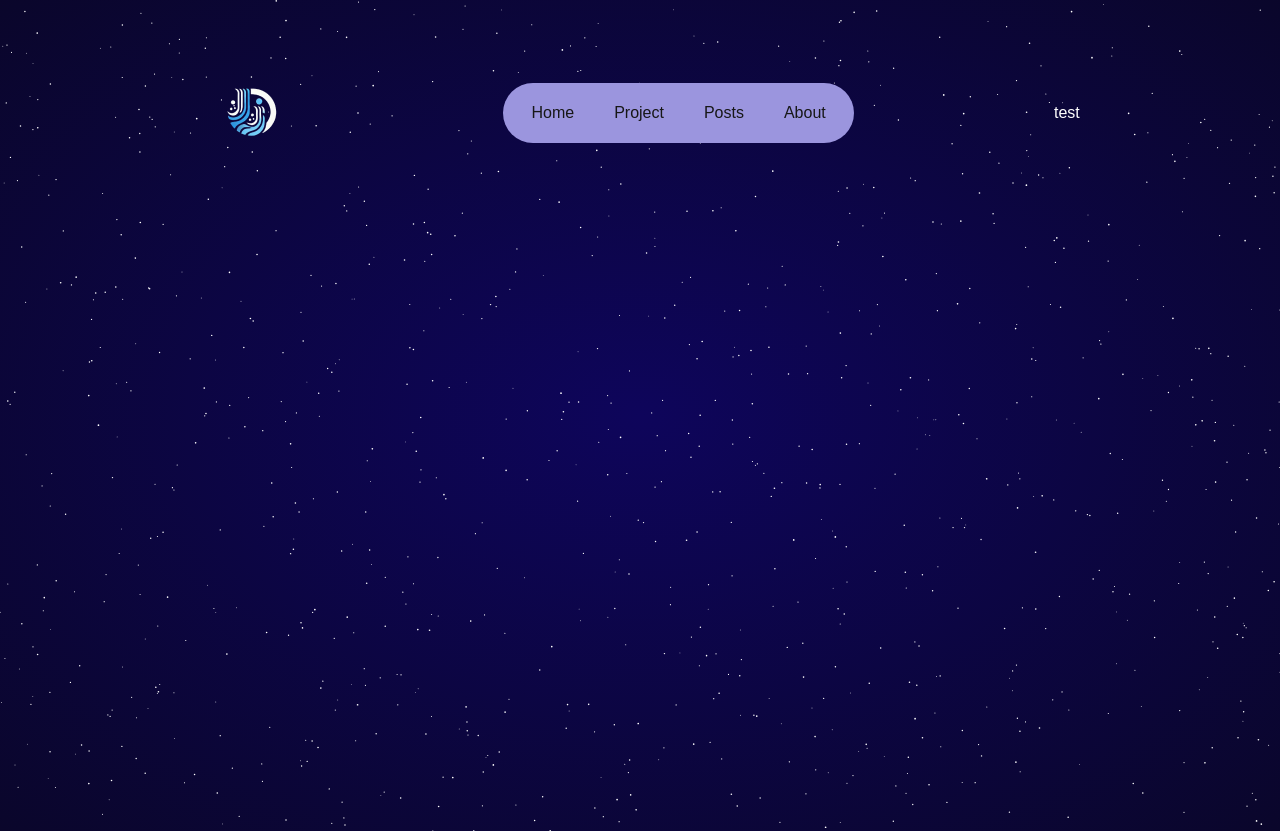
Repository: david-william19/david-william
Page: /
The author's editor kept a copy of each file at every save. The page is drawn from the files as they stood at one save, then again after the next save.
The browser window is 1280 px wide. The pictures show the whole page.
The project was rebuilt for these pictures with package versions that can differ from the ones it lists, and the page was loaded fresh each time. The framework's server and built-in components were replaced by stand-ins that run in the browser. Also part of the build but not shown: next.config.js, next.config.ts, vite.config.ts.

Above is the page before, as saved 2024-10-26 22:51:11.

### src/app/layout.tsx
import type { Metadata } from "next";
import localFont from "next/font/local";
import "./globals.css";
import Image from "next/image";
import NavbarComponent from "@/components/navbar";

const geistSans = localFont({
  src: "./fonts/GeistVF.woff",
  variable: "--font-geist-sans",
  weight: "100 900",
});
const geistMono = localFont({
  src: "./fonts/GeistMonoVF.woff",
  variable: "--font-geist-mono",
  weight: "100 900",
});

export const metadata: Metadata = {
  title: "Create Next App",
  description: "Generated by create next app",
};

export default function RootLayout({
  children,
}: Readonly<{
  children: React.ReactNode;
}>) {
  return (
    <html lang="en">
      <body
        className={`${geistSans.variable} ${geistMono.variable} antialiased`}
      >
        <div className="w-full min-h-screen bg-radial-space">
          <NavbarComponent />
            <Image
                className="w-full"
                src={"/images/stars.svg"}
                alt="stars"
                width={1920}
                height={1080}
            />
            {children}
        </div>
      </body>
    </html>
  );
}

### src/app/(home)/layout.tsx
import type { Metadata } from "next";
import "./globals.css";
import NavbarComponent from "@/components/navbar";
import { Open_Sans } from "next/font/google";
import localFont from "next/font/local";
import ReactQueryProvider from "@/providers/ReactQueryProvider";
import SmoothScrollProvider from "@/providers/SmoothScrollProvider";
import React from "react";

export const metadata: Metadata = {
  title: "David's Portfolio",
  description: "front end developer who loves to code",
};

const openSans = Open_Sans({
  subsets: ['latin'],
  variable: "--font-sans"
})

const thunderFont = localFont({
  src: [
    {
      path: "./fonts/Thunder-ExtraBoldLC.woff",
      weight: "800",
      style: "normal",
    },
    {
      path: "./fonts/Thunder-LC.woff",
      weight: "400",
      style: "normal",
    },
    {
      path: "./fonts/Thunder-LightLC.woff",
      weight: "300",
      style: "normal",
    },
    {
      path: "./fonts/Thunder-MediumLC.woff",
      weight: "500",
      style: "normal",
    },
    {
      path: "./fonts/Thunder-SemiBoldLC.woff",
      weight: "600",
      style: "normal",
    }
  ],
  variable: "--font-thunder"
})

export default function RootLayout({
  children,
}: Readonly<{
  children: React.ReactNode;
}>) {
  return (
    <html lang="en">
      <head>
        <link rel="icon" href="/favicon.ico" sizes="any" />
      </head>
      <body
        className={`${openSans.variable} ${thunderFont.variable} antialiased`}
      >
        <div className="w-full bg-[#07131c] h-screen">
          <ReactQueryProvider>
            <SmoothScrollProvider>
            <React.Fragment>
            <NavbarComponent />
            {children}
            </React.Fragment>
            </SmoothScrollProvider>
          </ReactQueryProvider>
        </div>
      </body>
    </html>
  );
}

### src/app/(home)/(page)/page.tsx

export default function Page() {
    return (
        <div>
            Hello world
        </div>
    );
}

### src/components/navbar/index.tsx
import Image from "next/image";

export default function NavbarComponent() {
    return (
        <nav className="w-full lg:pt-[61px] flex justify-evenly items-center fixed">
            <Image
                alt="logo-david"
                src={"/images/logo-david.png"}
                width={103}
                height={103}
            />

            <ul className="rounded-full p-[8px] bg-[#9B95DE] flex h-fit list-none">
                <li className="px-5 py-2.5">
                    Home
                </li>
                <li className="px-5 py-2.5">
                    Project
                </li>
                <li className="px-5 py-2.5">
                    Posts
                </li>
                <li className="px-5 py-2.5">
                    About
                </li>
            </ul>

            <p className="text-white">
                test
            </p>
        </nav>
    )
}

### src/providers/ReactQueryProvider.tsx
"use client";

import { QueryClientProvider, QueryClient } from "react-query";
import { useState } from "react";

const ReactQueryProvider = ({ children }: { children: React.ReactNode }) => {
  const [queryClient] = useState(() => new QueryClient());

  return (
    <QueryClientProvider client={queryClient}>{children}</QueryClientProvider>
  );
};

export default ReactQueryProvider;

### src/providers/SmoothScrollProvider.tsx
import {ReactLenis} from "lenis/react"
import React from "react"

export default function SmoothScrollProvider({children} : {children: React.ReactElement})  {

    return (
        <ReactLenis root>
            {children}
        </ReactLenis>
    )
}

### tailwind.config.ts
import type { Config } from "tailwindcss";

const config: Config = {
  content: [
    "./src/pages/**/*.{js,ts,jsx,tsx,mdx}",
    "./src/components/**/*.{js,ts,jsx,tsx,mdx}",
    "./src/app/**/*.{js,ts,jsx,tsx,mdx}",
  ],
  theme: {
    extend: {
      colors: {
        background: "var(--background)",
        foreground: "var(--foreground)",
      },
      backgroundImage: {
        "radial-space": "radial-gradient(#0E055B 0%, #0A062B 100%)",
      },
    },
  },
  plugins: [],
};
export default config;

Loaded but not shown: src/app/globals.css (common file)

After the next save:
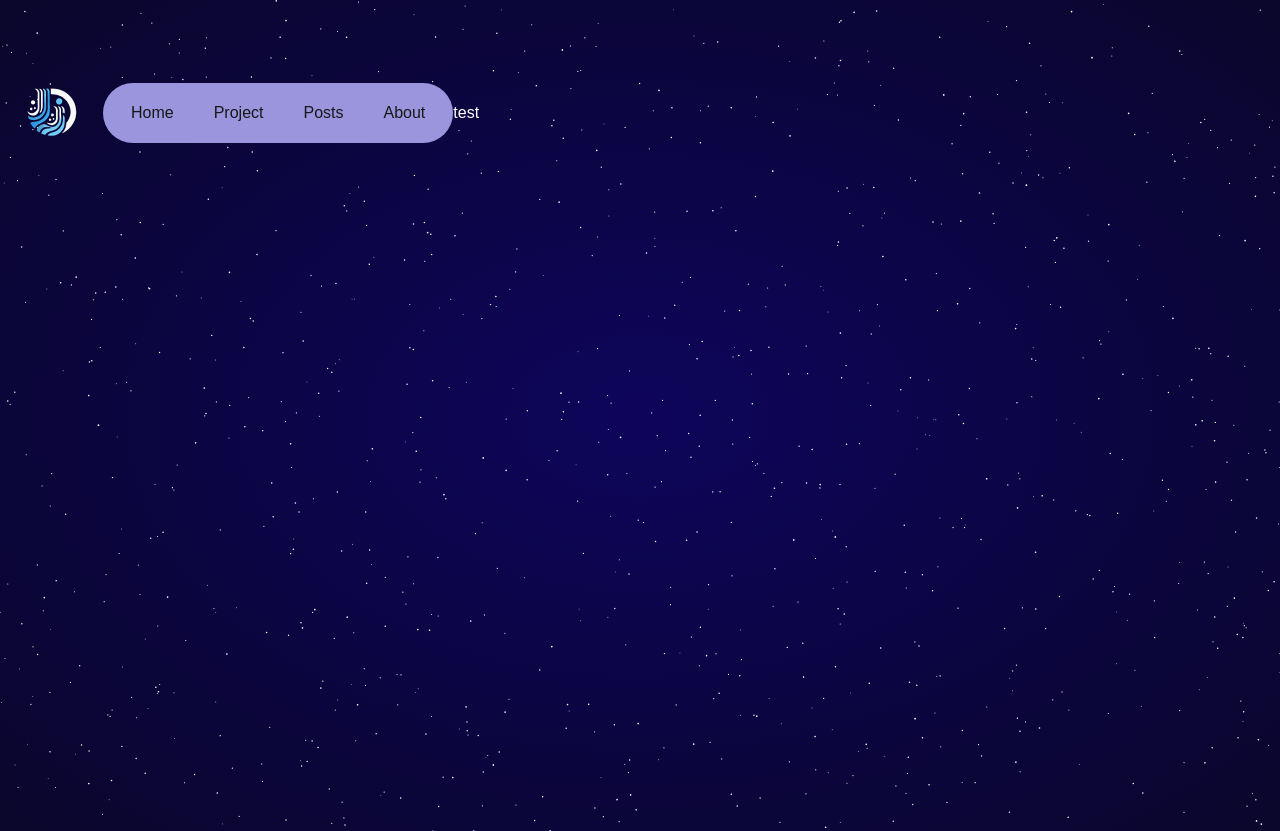
Saved 7 s later.
--- a/src/components/navbar/index.tsx
+++ b/src/components/navbar/index.tsx
@@ -2,7 +2,7 @@ import Image from "next/image";
 
 export default function NavbarComponent() {
     return (
-        <nav className="w-full lg:pt-[61px] flex justify-evenly items-center fixed">
+        <nav className="w-full lg:pt-[61px] flex justify- items-center fixed">
             <Image
                 alt="logo-david"
                 src={"/images/logo-david.png"}
